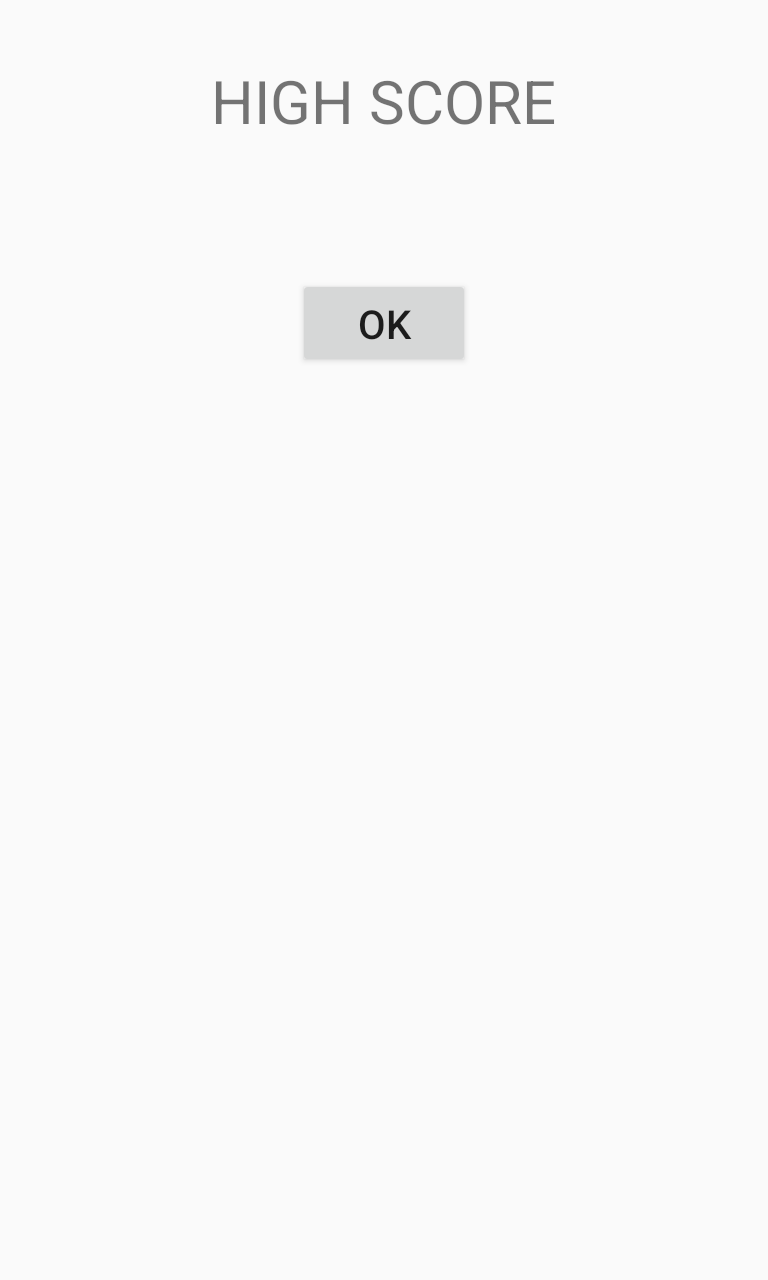
Repository: JoanneCaroll/Mathbomb
Layout: MathBomb/res/layout/activity_highscore.xml
The author's editor kept a copy of each file at every save. The layout is drawn from the files as they stood at one save, then again after the next save.
It is drawn on a 768 x 1280 px phone screen (xhdpi) without system bars, with theme AppTheme; the app's code is not run.

Above is the layout before, as saved 2014-11-12 06:07:48.

After the next save:
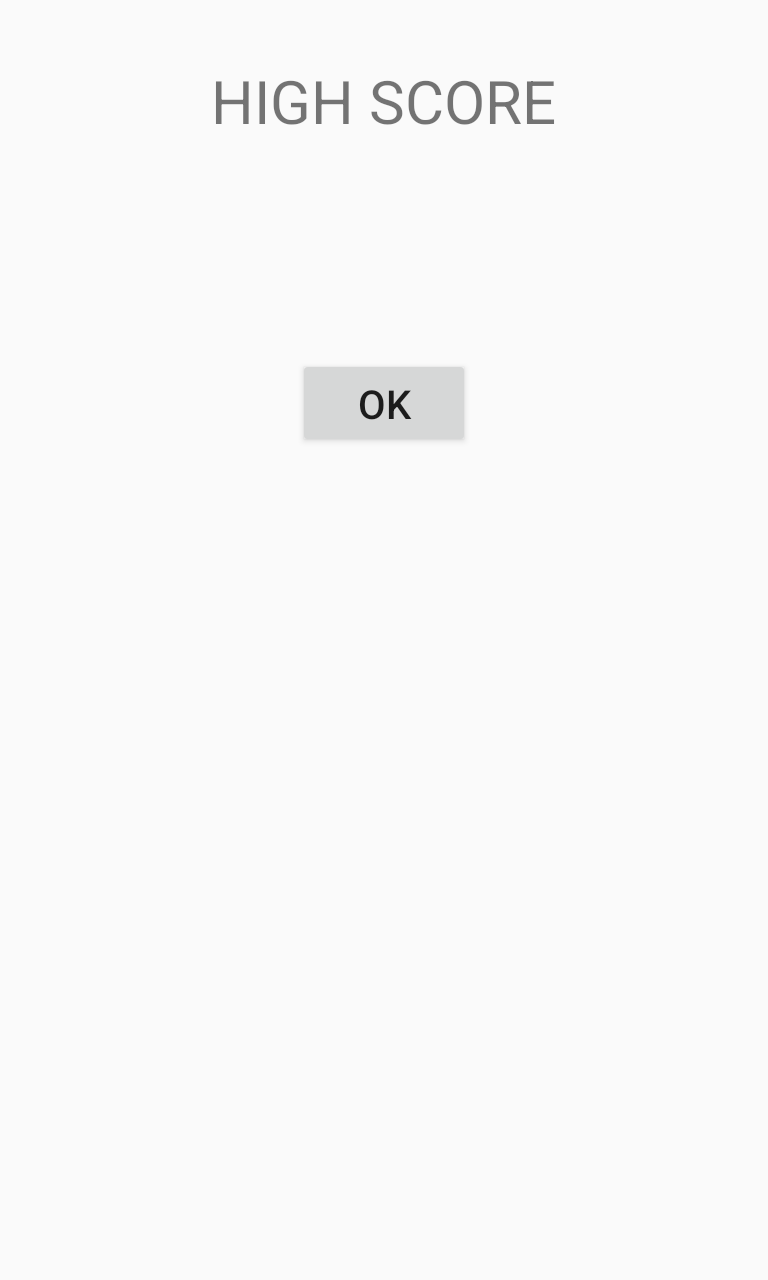
Saved 19 s later.
--- a/MathBomb/res/layout/activity_highscore.xml
+++ b/MathBomb/res/layout/activity_highscore.xml
@@ -31,7 +31,7 @@
             android:layout_width="wrap_content"
             android:layout_height="wrap_content"
             android:textSize="20dp"
-            android:padding="5dp"/>
+            android:paddingBottom="50dp"/>
    </LinearLayout>
 
    <Button
